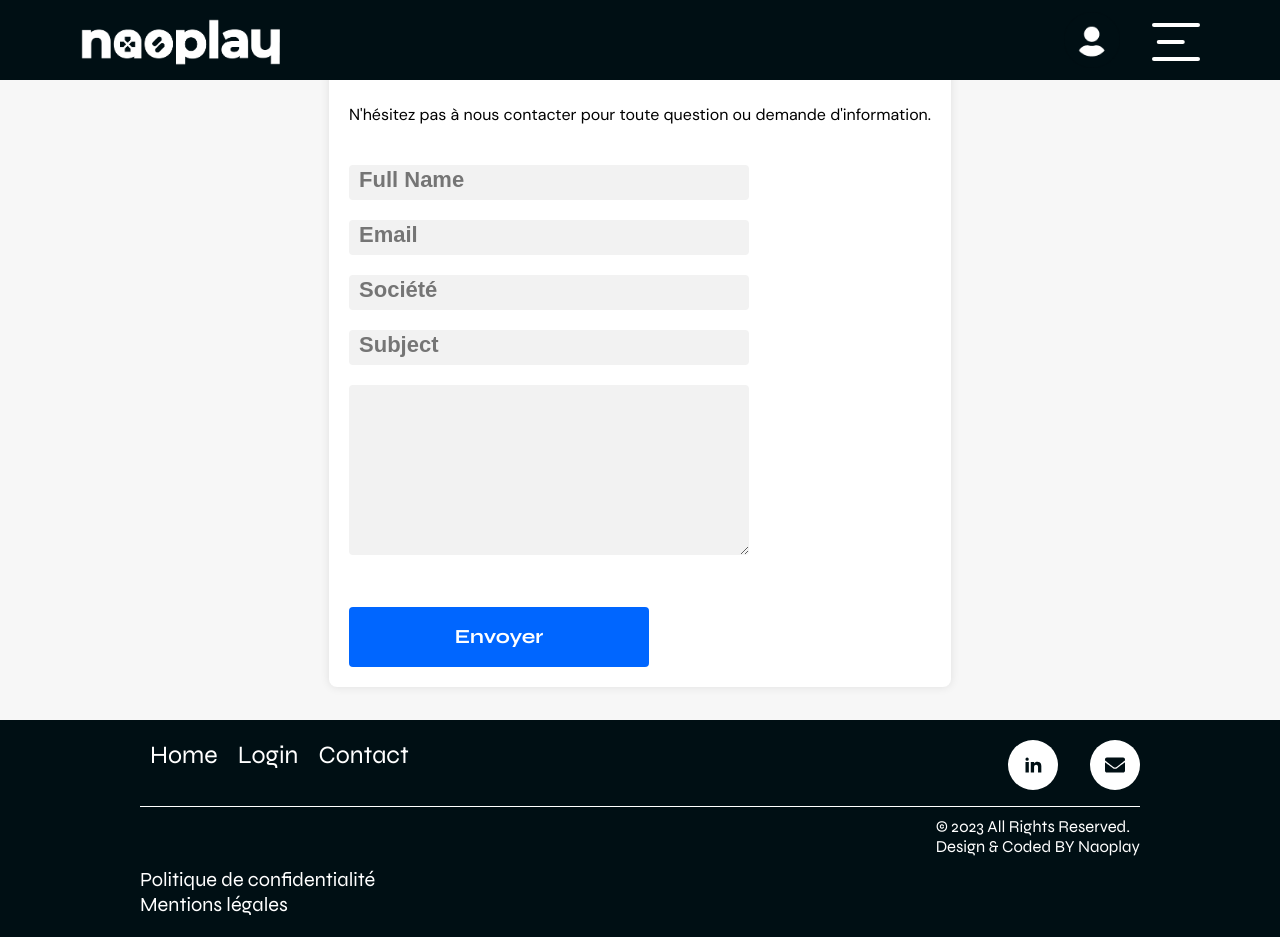
Repository: Hindsedrati/Naoplay
Page: /contact
An editor plug-in stored every save of this project. The page is shown before and after the next save, followed by the edit.
The browser window is 1280 px wide. The pictures show the whole page.
The project was rebuilt for these pictures with package versions that can differ from the ones it lists, and the page was loaded fresh each time. Also part of the build but not shown: src/Pages/Login/index.jsx, src/Components/Const/index.jsx, src/Components/Partners/index.jsx, src/Components/Naoplay/index.jsx, src/Components/Api/index.jsx, src/Components/Digitalisation/index.jsx, src/Components/Gateway/index.jsx, src/Components/ApiManagement/index.jsx and 6 more.

Above is the page before, as saved 2023-05-10 12:51:47.

### public/index.html
<!DOCTYPE html>
<html lang="en">
  <head>
    <meta charset="utf-8" />
    <link href="https://fonts.googleapis.com/css2?family=Syne:wght@600;700&display=swap" rel="stylesheet">
    <link rel="apple-touch-icon" sizes="180x180" href="./favicons/apple-touch-icon.png">
    <link rel="icon" type="image/png" sizes="32x32" href="./favicons/favicon-32x32.png">
    <link rel="icon" type="image/png" sizes="16x16" href="./favicons/favicon-16x16.png">
    <link rel="manifest" href="./favicons/site.webmanifest">
    <link rel="mask-icon" href="./favicons/safari-pinned-tab.svg" color="#5bbad5">
    <meta name="viewport" content="width=device-width, initial-scale=1" />
    <meta name="theme-color" content="#000000" />
    <meta
      name="description"
      content="Web site created using create-react-app"
    />
    <link rel="apple-touch-icon" href="%PUBLIC_URL%/logo192.png" />
    <!--
      manifest.json provides metadata used when your web app is installed on a
      user's mobile device or desktop. See https://developers.google.com/web/fundamentals/web-app-manifest/
    -->
    <link rel="manifest" href="%PUBLIC_URL%/manifest.json" />
    <!--
      Notice the use of %PUBLIC_URL% in the tags above.
      It will be replaced with the URL of the `public` folder during the build.
      Only files inside the `public` folder can be referenced from the HTML.

      Unlike "/favicon.ico" or "favicon.ico", "%PUBLIC_URL%/favicon.ico" will
      work correctly both with client-side routing and a non-root public URL.
      Learn how to configure a non-root public URL by running `npm run build`.
    -->
    <title>NAOPLAY</title>
  </head>
  <body>
    <noscript>You need to enable JavaScript to run this app.</noscript>
    <div id="root"></div>
    <!--
      This HTML file is a template.
      If you open it directly in the browser, you will see an empty page.

      You can add webfonts, meta tags, or analytics to this file.
      The build step will place the bundled scripts into the <body> tag.

      To begin the development, run `npm start` or `yarn start`.
      To create a production bundle, use `npm run build` or `yarn build`.
    -->
  </body>
</html>

### src/style.scss
* {
    margin: 0;
    padding: 0;
    box-sizing: border-box;
}

.app-container {
    width: 100%;
    max-width: 100%;
    margin-left: auto;
    margin-right: auto;
}

.main-container {
    width: 100%;
    overflow-x: hidden;
}

@media screen and (min-width: 769px) and (max-width: 1900px) {
    .main-container {
        padding: 70px 80px 20px 80px;
    }
}
@media screen and (min-width: 1901px) {
    .main-container {
        padding: 150px 80px 20px 80px;
    }
}
@media screen and (max-width: 768px) {
    .main-container {
        padding: 1rem;
    }
}

### src/Pages/Contact/index.jsx
import React from 'react'
import './Contact.scss'

function contact () {
  return (
    <section class="contact-form">
  <div class="container">
    <h2>Contactez-nous</h2>
    <p>N'hésitez pas à nous contacter pour toute question ou demande d'information.</p>
    <form class="form-control card">
      <input type="text" placeholder="Full Name" name="user_name" required />
      <input type="email" placeholder="Email" name="user_email" required />
      <input type="text" placeholder="Société" name="societe" required />
      <input type="text" placeholder="Subject" name="subject" required />
      <textarea name="message" cols="30" rows="10"></textarea>
      <button type="submit" class="btn btn-primary">Envoyer</button>
    </form>
  </div>
</section>

  )
}

export default contact;

### src/Layouts/Footer/Index.jsx
import './footer.scss';
import { RiLinkedinFill } from "react-icons/ri";
import { FaEnvelope } from "react-icons/fa";

function Footer() {
  return (
    <footer>
      <div className="footer-content">
        <div className="footer-section links">
          <a href="/">Home</a>
          <a href="/login">Login</a>
          <a href="/Contact">Contact</a>
        </div>

        <div className="footer__icons">
          <a c href="https://www.linkedin.com/company/naoplay/" target="_blank" rel="noreferrer">
            <RiLinkedinFill />
          </a>
          <a  href="mailto:contact@naoplay.fr/" target="_blank" rel="noreferrer">
            <FaEnvelope />
          </a>
        </div>
      </div>

      <div className="footer-bottom">
        <small>&copy; 2023 All Rights Reserved.</small>
        <small>Design & Coded BY Naoplay </small>
      </div>

      <div className="footer-legal">
        <a href='/'>Politique de confidentialité</a>
        <a href='/'>Mentions légales</a>
      </div>
    </footer>
  );
}

export default Footer;

### src/Pages/Contact/Contact.scss

@import '../../Sass/variables.scss';
.contact-form {
  display: flex;
  justify-content: center;
  align-items: center;
  min-height: 100vh;
  background-color: #f7f7f7;
}

.container {
  background-color: #fff;
  border-radius: 8px;
  padding: 20px;
  box-shadow: 0px 0px 10px rgba(0, 0, 0, 0.1);
}

h2 {
  font-family: $syne;
  font-size: 25px;
  font-weight: 900;
  text-align: center;
  margin-bottom: 20px;
}

p {
  font-family: $Dm;

  text-align: center;
  margin-bottom: 40px;
}

.form-control {
  display: flex;
  flex-direction: column;
  align-items: center;
}

.card {
  width: 100%;
  max-width: 400px;
}

input[type="text"],
input[type="email"],
textarea {
  width: 100%;
  padding: 10px;
  margin-bottom: 20px;
  border: none;
  border-radius: 4px;
  background-color: #f2f2f2;
}

button[type="submit"] {
  background-color: #0066ff;
  color: #fff;
  border: none;
  padding: 10px 20px;
  border-radius: 4px;
  cursor: pointer;
  transition: background-color 0.3s;
}

button[type="submit"]:hover {
  background-color: $primary;
}

### src/Pages/Home/Home.scss
body{
    box-sizing: border-box;
    overflow-x: hidden;
}

### src/Layouts/Footer/footer.scss
@import '../../Sass/variables.scss';

footer {
  height: auto;
  color: $light;
  position: relative;
  background: $dark;
  padding: 20px 0;
  width: 100%;
}

.footer-content {
  font-size: 20px;
  display: flex;
  justify-content: space-between;
  max-width: 1000px;
  margin: 0 auto;
}

.footer-section {
  font-family: $syne;
  display: flex;
}

.links a,
.social a {
  color: #fff;
  text-decoration: none;
  padding: 0 10px;
  font-size: 25px;
}


.footer__icons{

        display: flex;
        gap: 2rem;
        margin-bottom: 1rem;

        a {
            width: 50px;
            height: 50px;
            display: inline-block;
            text-decoration: none;
            color: $dark;
            background-color: $light;
            border-radius: 50%;
            display: flex;
            justify-content: center;
            align-items: center;



        }

        a:hover {
            transform: scale(1.1);
            background-color: $dark;
            color: $light;
        }
}
.footer-bottom {
  font-family: $syne;
  display: grid;
  justify-content: flex-end;
  max-width: 1000px;
  margin: 0 auto;
  font-size: 20px;
  border-top: 1px solid #fff;
  padding-top: 10px;
}

.footer-legal {
  /*display: flex;
  align-items: flex-start;
  justify-content: flex-start;
  max-width: 1000px;
  margin: 0 auto;
  font-size: 20px;

  padding-top: 10px;*/
  display: grid;
  justify-content: flex-start;
  max-width: 1000px;
  margin: 0 auto;
  font-size: 20px;
  padding-top: 10px;

}

.footer-legal a {
  font-family: $syne;
  color: #fff;
  text-decoration: none;
  margin-right: 20px;
}

.footer-legal a:hover {
  text-decoration: underline;
}

### src/Sass/variables.scss
@import url('https://fonts.googleapis.com/css2?family=Syne:wght@200;400;500;600;700&display=swap');
@import url('https://fonts.googleapis.com/css2?family=DM+Sans:wght@200;400;500;600;700&display=swap');

@font-face {
    font-family: 'MonumentExtended';
    src: url('fonts/MonumentExtended-Regular.otf') format('truetype');
    font-weight: normal;
    font-style: normal;
}

$Dm: 'DM Sans', sans-serif;
$syne: 'Syne', sans-serif;

//colors
$dark: #000F14;
$light: white;
$primary: #00A8EB;
$bg: #fdfdfd;

### src/Components/Const/const.scss
@import '../../Sass/variables.scss';

.home {

  color: $light;
  background-image: url('../../assets/vision_naoplay.webp');
  background-size: cover;
  background-position: center;

  h1 {
    font-weight: bold;
    font-family: 'MonumentExtended', sans-serif;
  }

  h2 {
    font-family: $syne;
  }

  &__btn {
    text-decoration: none;
    color: $dark;
    display: inline-block;
    padding: 0.75rem 1.5rem;
    background-color: $light;
    font-family: $syne;
    font-size: 1rem;
    font-weight: 700;
    transition: background-color 0.3s ease;

    &:hover {
      background-color: $dark;
      color: $light;
    }
  }
}

@media screen and (min-width: 769px) and (max-width: 1900px) {
  .home {
    margin-top: 2rem;

    h1 {
      font-size: 70px;
      font-weight: 500;
    }

    h2 {
      margin-top: 80px;
      font-size: 32px;
      font-weight: 700;
      line-height: 40px;
    }

    &__btn {
      margin-top:150px;
    }
  }
}

/* Code ajouté pour centrer en version mobile */
@media screen and (max-width: 768px) {
  .home {
    //height: calc(100vh - 80px);
    //padding: 1rem;
    margin-top: 5rem;
    display: flex;
    justify-content: center;
    align-items: center;
    flex-direction: column;

    h1 {
      font-size: 30px;
      line-height: 45px;
      font-weight: 200;
    }

    h2 {
      margin-top: 50px;
      font-size: 20px;
      font-weight: 500;
      font-family: $Dm;
      line-height: 1.6;
    }

    &__btn {
      margin-top: 30px;
    }
  }
}

@media screen and (min-width: 1901px) {
  .home {
    height: 100vh;
    h1 {
      line-height: 5rem;
      font-size: 70px;
      font-weight: 500;
    }

    h2 {
      margin-top: 80px;
      font-size: 32px;
      font-weight: 700;
      line-height: 40px;
    }

    &__btn {
      margin-top: 80px;
    }
  }

}

### src/Components/Partners/partners.scss
@import '../../Sass/variables.scss';

.partners {
  min-height: 210px;
  background: $dark;
  color: $light;

  &__content {
    display: flex;
    align-items: center;
  }

  &__content h3 {
    font-family: 'MonumentExtended', sans-serif;
    color: $light;
  }
}

@media screen and (min-width: 769px) and (max-width: 1900px) {

  .partners {
    padding-left: 80px;
    display: grid;
    grid-template-columns: 1fr 3fr;

    &__content h3 {
      padding-right: 15px;
      font-size: 20px;
      font-weight: 500;
      line-height: 32px;
    }

    &__image {
      position: relative;
      width: auto;
      height: 70px;
      margin-top: 70px;
      overflow: hidden;
    }

    &__icons {
      position: absolute;
      display: flex;
      width: 150%;
      height: 70px;
      top: 0;
      left: 30px;
      color: #fff;

      animation-name: IconeMove;
      animation-duration: 7s;
      animation-iteration-count: infinite;
      animation-direction: alternate;
      animation-timing-function: ease-in-out;

      @keyframes IconeMove {
        from {
          transform: translateX(-25%);
        }

        to {
          transform: translateX(0);
        }
      }
    }

    &__icons img {
      height: 100%;
      width: auto;
      margin-right: 70px;

    }
  }
}

@media screen and (min-width: 1901px) {

  .partners {
    padding-left: 80px;
    display: grid;
    grid-template-columns: 1fr 3fr;

    &__content h3 {
      padding-right: 15px;
      font-size: 25px;
      font-weight: 500;
      line-height: 32px;
    }

    &__image {
      position: relative;
      width: auto;
      height: 70px;
      margin-top: 70px;
      overflow: hidden;
    }

    &__icons {
      position: absolute;
      display: flex;
      width: 150%;
      height: 70px;
      top: 0;
      left: 30px;
      color: #fff;

      animation-name: IconeMove;
      animation-duration: 9s;
      animation-iteration-count: infinite;
      animation-direction: alternate;
      animation-timing-function: ease-in-out;

      @keyframes IconeMove {
        from {
          transform: translateX(-25%);
        }

        to {
          transform: translateX(0);
        }
      }
    }

    &__icons img {
      height: 100%;
      width: auto;
      margin-right: 70px;

    }
  }
}

@media screen and (max-width: 768px) {

  .partners {
    padding: 1rem;

    &__content h3 {
      font-size: 20px;
      font-weight: 500;
      line-height: 32px;
    }

    &__image {
      position: relative;
      width: auto;
      height: 70px;
      margin-top: 50px;
      overflow: hidden;
    }

    &__icons {
      position: absolute;
      display: flex;
      width: 150%;
      height: 60px;
      top: 0;
      left: 30px;
      color: #fff;

      animation-name: IconeMove;
      animation-duration: 5s;
      animation-iteration-count: infinite;
      animation-direction: alternate;
      animation-timing-function: ease-in-out;

      @keyframes IconeMove {
        from {
          transform: translateX(-200%);
        }

        to {
          transform: translateX(0);
        }
      }
    }

    &__icons img {
      height: 100%;
      width: auto;
      margin-right: 70px;

    }
  }
}

### src/Components/Digitalisation/digital.scss
@import '../../Sass/variables.scss';

.digital {
  background-image: url('../../assets/eye-naoplay.webp');
  background-size: cover;
  background-position: center;
  width: 100%;
  height: 50vh;
  object-fit: none;
  color: $light;
  display: flex;
  align-items: center;
  justify-content: center;

  &__content {
    width: 100%;
    max-width: 960px;
    margin: 0 auto;
    padding: 0 1rem;
    text-align: center;
  }

  &__title {
    font-family: 'MonumentExtended', sans-serif;

    margin: 0;
    font-size: 2rem;
    line-height: 1;

  }

  @media screen and (max-width: 768px) {
    .digital{
      display: none;
    }
  }
}
@media screen and (min-width: 769px) and (max-width: 1900px) {
  .digital{
    display: none;
  }
}
@media screen and (min-width: 1900px){
  .digital{
    display: none;
  }
}

### src/Components/Gateway/gateway.scss
@import '../../Sass/variables.scss';

.Gateway{
    height: 100vh;
    padding: 100px;
    color: $dark;

    &__title {
        font-family: 'MonumentExtended', sans-serif;
    }

    &__content::-webkit-scrollbar {
        width: 0;
    }

}


@media screen and (min-width: 769px) and (max-width: 1900px) {
    .Gateway{
        display: grid;
        grid-template-columns: 1fr 2fr;
        align-items: center;

        &__content__child p{
            line-height: 4rem;
            font-family: $syne;
            font-size: 24px;
            font-weight: bold;
        }
    }

    .partone{
        display: block;
        height: calc(100vh - 200px);
        padding: 8rem 4rem 4rem;
        text-align: right;
        background: $dark;
        color: $light;
    }

    .partone:hover{
        background-color: $primary;
        scroll-behavior: smooth;
    }

    .parttwo{
        position: relative;
        height: calc(100vh - 200px);

        .Gateway__title {
            position: absolute;
            top: 0;
            bottom: 0;
            display: flex;
            align-items: center;
            margin-left: 6rem;
            font-size: 56px;
            vertical-align: middle;
        }

        .G1, .G2, .G3, .G4, .G5 {
            display: inline-block;
            margin-top: 5vh;
            margin-bottom: 5vh;
            border-bottom: 1rem solid $primary;
            border-right: 2rem solid transparent;
            line-height: 36px;
        }

        .G1{
            margin-left: 15%;
        }

        .G2{
            margin-left: 50%;
        }

        .G3{
            margin-left: 80%;
        }

        .G4{
            margin-left: 50%;
        }

        .G5{
            margin-left: 15%;
        }
    }
}

@media screen and (min-width: 1901px) {
    .Gateway{
        display: grid;
        grid-template-columns: 1fr 2fr;
        align-items: center;

        &__content__child p{
            line-height: 9rem;
            font-family: $syne;
            font-size: 30px;
            font-weight: bold;
        }
        .items{
            margin-top: 3rem;
        }
    }

    .partone{
        display: block;
        height: calc(100vh - 200px);
        padding: 4rem 4rem 4rem;
        text-align: right;
        background: $dark;
        color: $light;
    }

    .partone:hover{
        background-color: $primary;
        scroll-behavior: smooth;
    }

    .parttwo{
        position: relative;
        height: calc(100vh - 200px);

        .Gateway__title {
            position: absolute;
            top: 0;
            bottom: 0;
            display: flex;
            align-items: center;
            margin-left: 6rem;
            font-size: 56px;
            vertical-align: middle;
        }

        .G1, .G2, .G3, .G4, .G5 {
            display: inline-block;
            margin-top: 5vh;
            margin-bottom: 5vh;
            border-bottom: 1rem solid $primary;
            border-right: 2rem solid transparent;
            line-height: 36px;
        }

        .G1{
            margin-left: 15%;
        }

        .G2{
            margin-left: 50%;
        }

        .G3{
            margin-left: 80%;
        }

        .G4{
            margin-left: 50%;
        }

        .G5{
            margin-left: 15%;
        }
    }
}

@media screen and (max-width: 768px) {
    .Gateway{
        display: none;
    }
}

### src/Components/Management/management.scss
@import '../../Sass/variables.scss';

.management {
    background: $primary;
    color: $light;

    &__title {
        font-family: 'MonumentExtended', sans-serif;
    }

    &__content::-webkit-scrollbar {
        width: 0;
    }
}

@media screen and (min-width: 769px) and (max-width: 1900px) {
    .management {
        min-height: 100vh;

        &__title {
            display: none;
        }

        &__content {
            width: 100%;
            min-height: 250px;
            padding: 30px 100px;
            display: flex;
            flex-flow: row nowrap;
            gap: 100px;
            font-family: $syne;
            font-size: 20px;
            font-weight: 400;
            line-height: 30px;
            position: relative;

            .arrow_1 {
                display: none;
            }

            .arrow_2 {
                display: none;
            }

            & p {
                margin-top: .8rem;
                font-family: $Dm;
            }
        }
    }
}

@media screen and (min-width: 1901px) {
    .management {
        min-height: 100vh;

        &__title {
            display: none;
        }

        &__content {
            width: 100%;
            min-height: 250px;
            padding: 30px 100px;
            display: flex;
            flex-flow: row nowrap;
            gap: 100px;
            font-family: $syne;
            font-size: 20px;
            font-weight: 400;
            line-height: 30px;
            position: relative;

            .arrow_1 {
                display: none;
            }

            .arrow_2 {
                display: none;
            }

            & p {
                font-size: 25px;
                margin-top: .8rem;
                font-family: $Dm;
            }
        }
    }
}

@media screen and (max-width: 768px) {
    .management {
        padding: 2.5rem 1rem;

        &__content {
            display: flex;
            flex-flow: row nowrap;
            gap: 2rem;
            font-family: $syne;
            font-size: 25px;
            font-weight: 500;
            line-height: 30px;
            overflow: scroll;
            position: relative;

            &__child {
                min-width: 100%;
            }

            .arrow_1 {
                position: absolute;
                bottom: 2px;
                right: 10px;
                font-size: 30px;
                color: $primary;
                background: $light;
                display: flex;
                align-items: center;
                justify-content: center;
                border-radius: 50%;
                width: 40px;
                height: 40px;
            }

            .arrow_2 {
                position: absolute;
                bottom: 2px;
                right: -23rem;
                font-size: 2rem;
                background: $light;
                color: $primary;
                display: flex;
                align-items: center;
                justify-content: center;
                border-radius: 50%;
                width: 40px;
                height: 40px;
            }
        }

        &__title {
            margin-top: 30px;
            font-size: 30px;
            line-height: 30px;
            font-weight: 100;
        }

        &__content {
            font-size: 25px;
            font-weight: 700;
            line-height: 30px;
        }

        & p {
            margin-top: 30px;
            padding: 0rem 1rem;
        }
    }



}

Loaded but not shown: src/reportWebVitals.js (common file); src/index.js (34 lines, source omitted); src/Layouts/Header/header.scss (458 lines, source omitted); src/Components/ApiManagement/api_m.scss (329 lines, source omitted); src/Components/Api/api.scss (344 lines, source omitted); src/Components/Naoplay/naoplay.scss (359 lines, source omitted); src/Layouts/Header/Index.jsx (115 lines, source omitted); src/Pages/Error403/Error403.scss (201 lines, source omitted); src/Components/Mentorat/mentorat.scss (204 lines, source omitted); src/Components/Proxisation/proxi.scss (219 lines, source omitted); src/Pages/Error404/Error.scss (200 lines, source omitted); src/Pages/Login/login.scss (182 lines, source omitted)

After the next save:
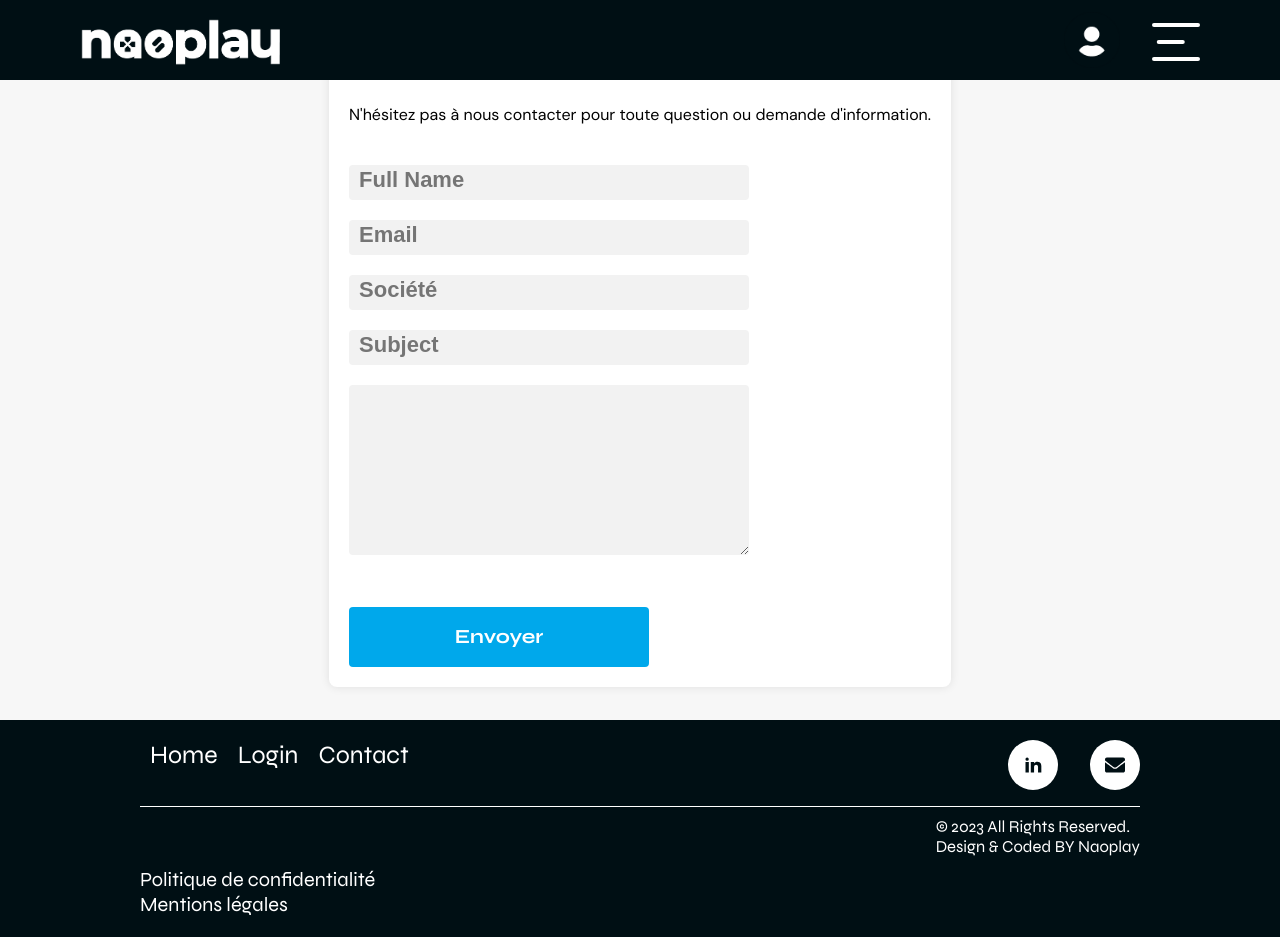
Saved 8 s later.
--- a/src/Pages/Contact/Contact.scss
+++ b/src/Pages/Contact/Contact.scss
@@ -53,7 +53,7 @@
 }
 
 button[type="submit"] {
-  background-color: #0066ff;
+  background-color: $primary;
   color: #fff;
   border: none;
   padding: 10px 20px;
